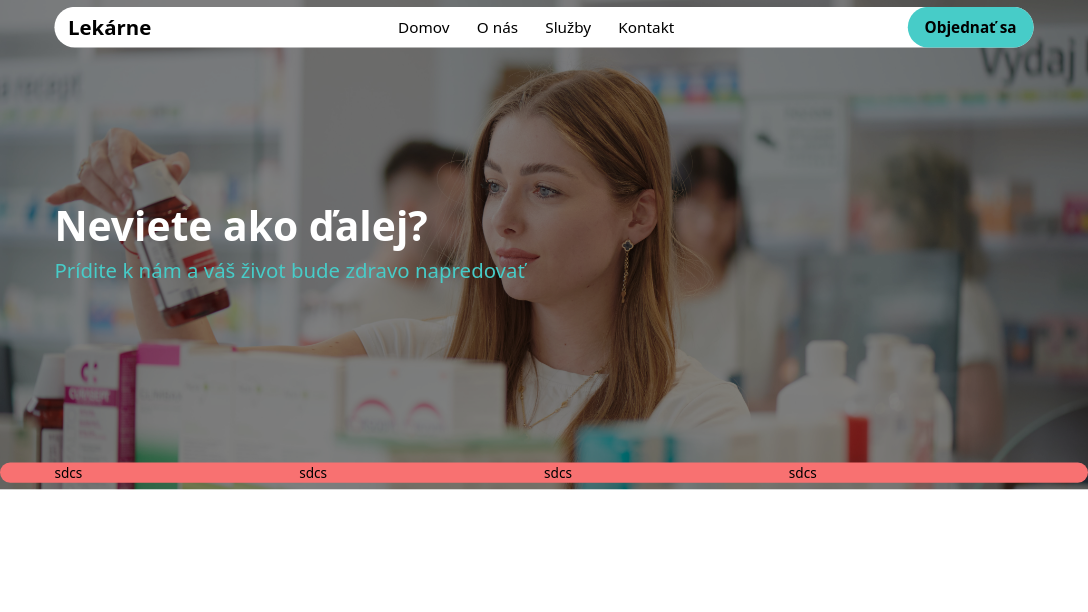
Repository: SimonSkoda13/Lekaren
Page: /
An editor plug-in stored every save of this project. The page is shown before and after the next save, followed by the edit.
The browser window is 1280 px wide. The pictures show the whole page, at 85% of full size.
The project was rebuilt for these pictures with package versions that can differ from the ones it lists, and the page was loaded fresh each time. The framework's server and built-in components were replaced by stand-ins that run in the browser. Also part of the build but not shown: next.config.js.

Above is the page before, as saved 2023-04-22 17:32:16.

After the next save:
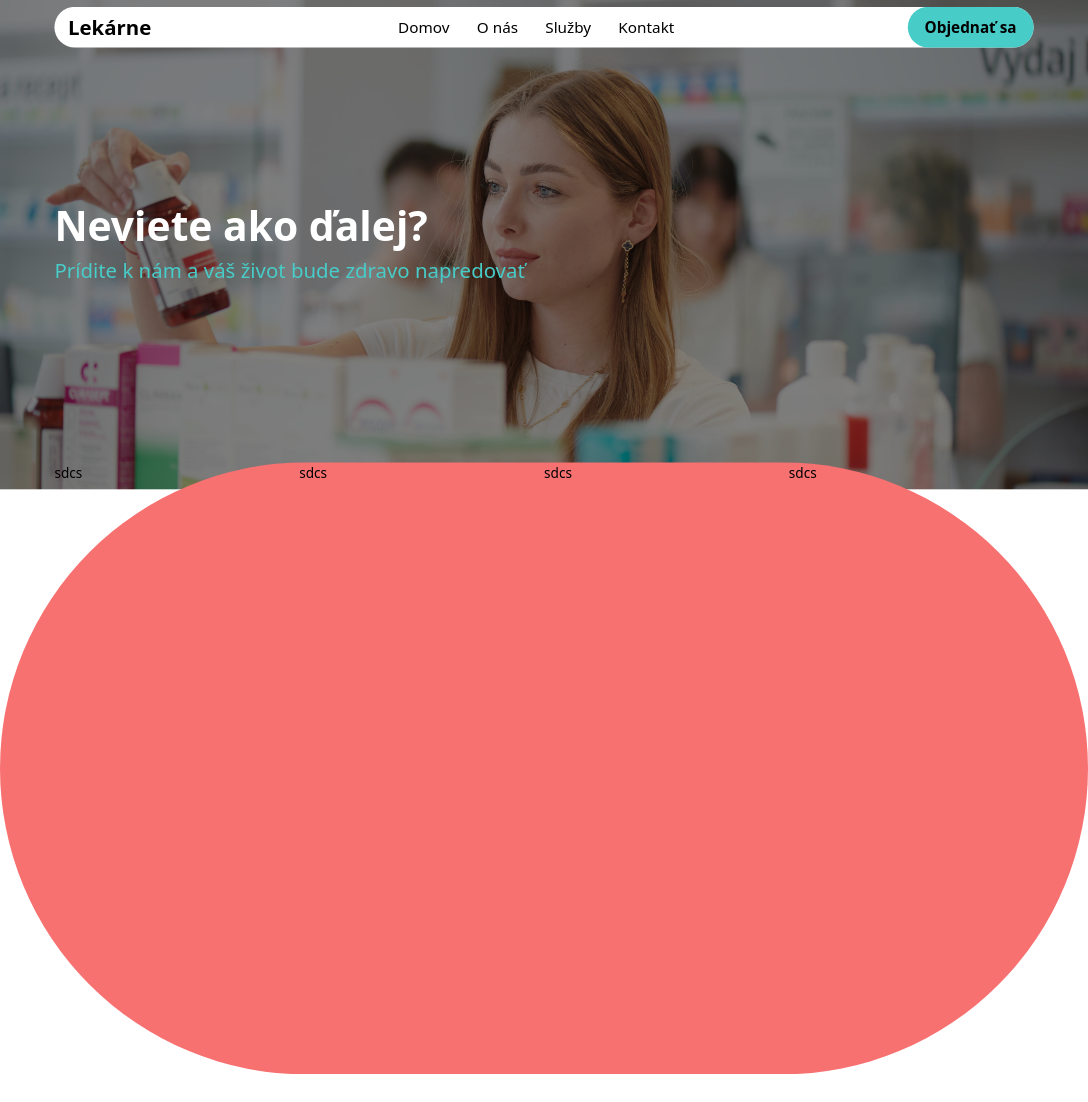
Saved 25 s later.
--- a/src/app/components/Contact/Contact.tsx
+++ b/src/app/components/Contact/Contact.tsx
@@ -11,7 +11,7 @@ export interface ContactProps {
 export const Contact = (props: ContactProps) => {
   const { items } = props;
   return (
-    <section className="cntn z-10 relative min-h-[45px]: w-full top-[-2rem] grid grid-cols-2 md:grid-cols-4 items-start bg-red-400 rounded-full">
+    <section className="cntn z-10 relative w-full min-h-screen top-[-2rem] grid grid-cols-2 md:grid-cols-4 items-start bg-red-400 rounded-full">
       <div>sdcs</div>
       <div>sdcs</div>
       <div>sdcs</div>
